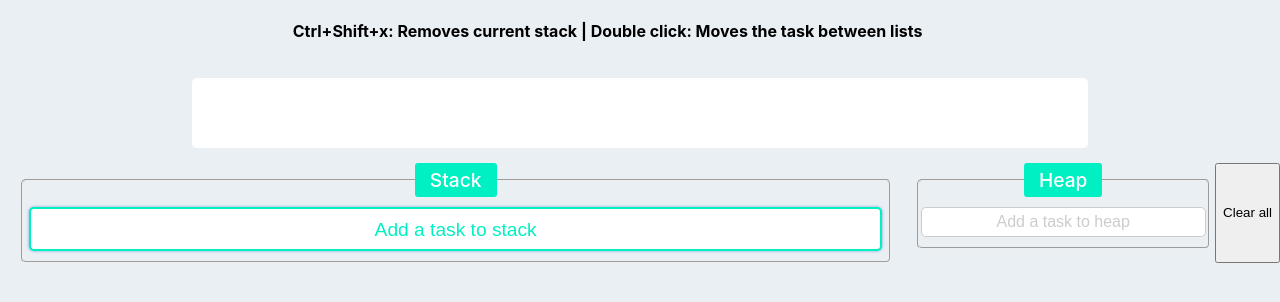
Repository: litalsh/meeting_v1
Page: /
These files come from the project's save history. The page is drawn as it stood at one moment and after the next save; the edit follows.
The browser window is 1280 px wide. The pictures show the whole page.
The project was rebuilt for these pictures with package versions that can differ from the ones it lists, and the page was loaded fresh each time. Also part of the build but not shown: src/Task.js.

Above is the page before, as saved 2020-12-13 18:12:53.

After the next save:
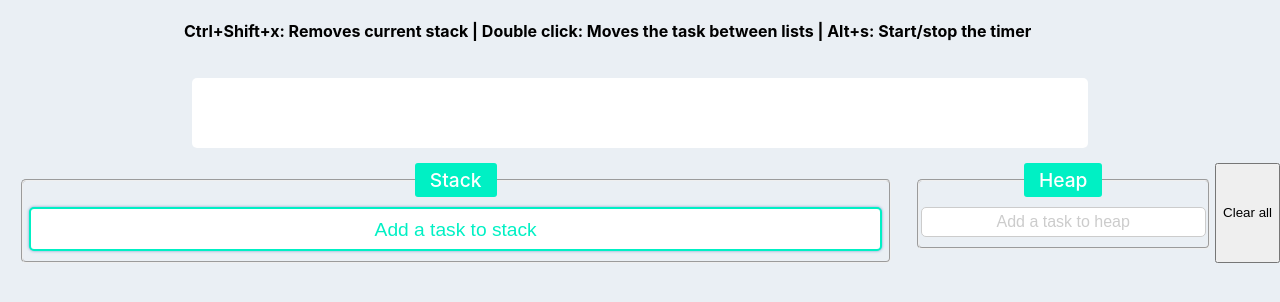
Saved 4 min 16 s later.
--- a/src/App.js
+++ b/src/App.js
@@ -140,7 +140,7 @@ const App = () => {
 
   return (
     <div className="container">
-      <h4>Ctrl+Shift+x: Removes current stack  |  Double click: Moves the task between lists</h4>
+      <h4>Ctrl+Shift+x: Removes current stack  |  Double click: Moves the task between lists  |  Alt+s: Start/stop the timer</h4>
       <div className="current-task">
        {stack[0] !== undefined ?  <span>{Math.floor(timer / 60)}:{Math.abs(timer % 60)}</span> : null}
         <h1>{stack[0] !== undefined ? stack[stack.length - 1].topic : null}</h1>
